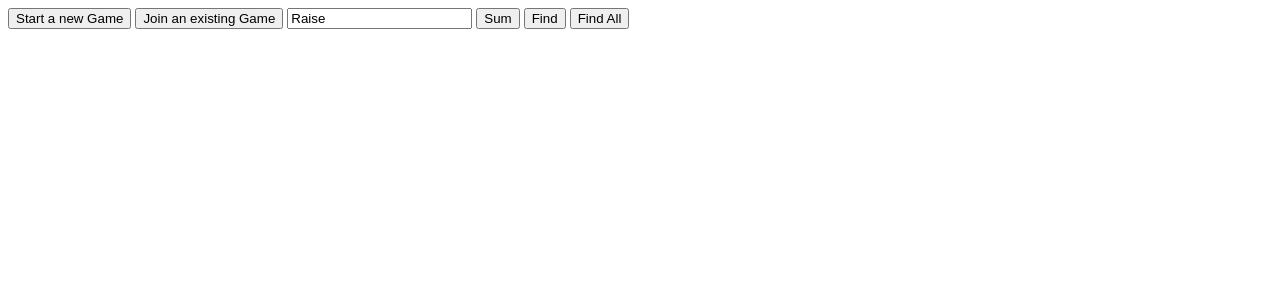
Repository: J2EEBeliever/ISA681_Poker2
Page: http://localhost/StrutsAjax/
An editor plug-in stored every save of this project. The page is shown before and after the next save, followed by the edit.
The browser window is 1280 px wide. The pictures show the whole page.
The page is served by Tomcat 9. Nobody is signed in. The application's start-up code is not run.

Above is the page before, as saved 2015-12-04 17:12:05.

After the next save:
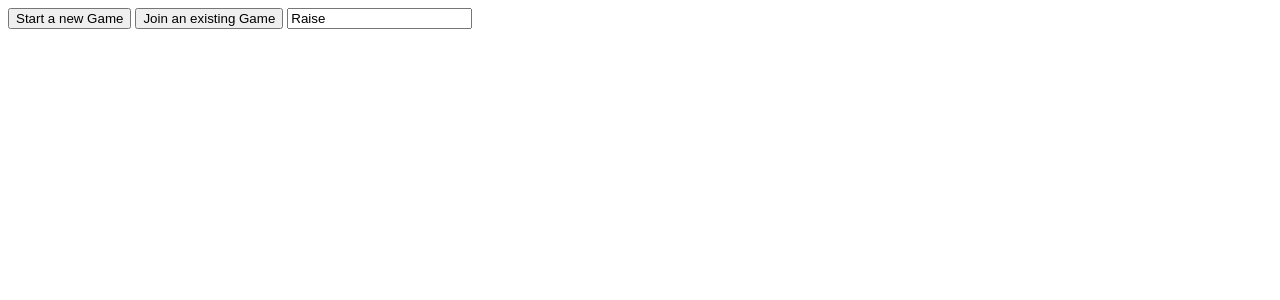
Saved 10 min 44 s later.
--- a/SOURCE/StrutsAjax/WebContent/index.jsp
+++ b/SOURCE/StrutsAjax/WebContent/index.jsp
@@ -274,7 +274,7 @@ $(document).ready(function() {
 	<!-- input type="button" value="Join an existing Game" id="buttonJoinGame" -->
 	<input type="button" value="Join an existing Game" id="buttonJoinGame2">
 
-	<input type="text" name = "playerAction" value = "Raise" id = "playerAction"
+	<input type="text" name = "raise" value = "Raise" id = "raise"  onclick="raise()" >
 
 
 	<!--   input type="button" value="Hello" id="buttonHello">
